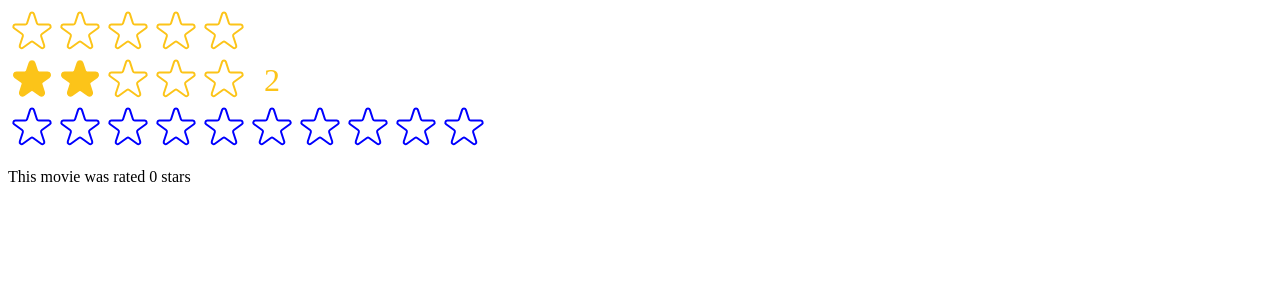
Repository: echoyol/07-usepopcorn
Page: /
The author's editor kept a copy of each file at every save. The page is drawn from the files as they stood at one save, then again after the next save.
The browser window is 1280 px wide. The pictures show the whole page.
The project was rebuilt for these pictures with package versions that can differ from the ones it lists, and the page was loaded fresh each time.

Above is the page before, as saved 2023-07-06 18:55:30.

After the next save:
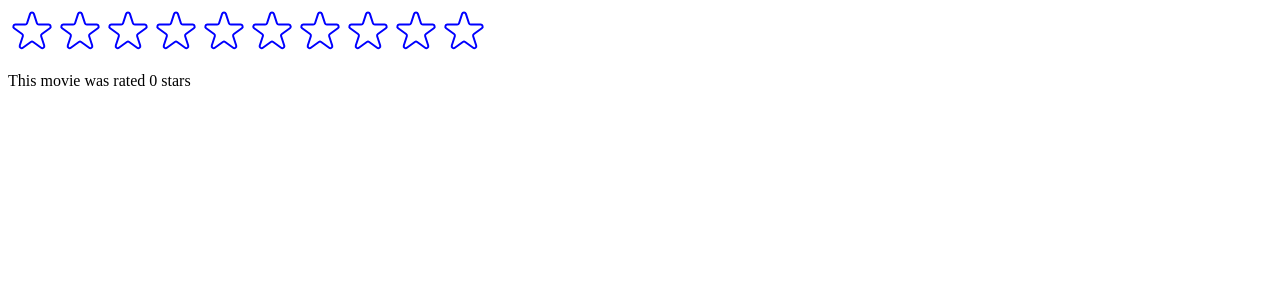
Saved 100 s later.
--- a/src/index.js
+++ b/src/index.js
@@ -23,11 +23,6 @@ const root = ReactDOM.createRoot(document.getElementById('root'))
 root.render(
   <React.StrictMode>
     {/* <App /> */}
-    <StarRating
-      maxRating={5}
-      message={['terrible', 'Bad', 'amazing', 'cool', 'ok']}
-    />
-    <StarRating defaultRating={2} />
 
     <Test />
   </React.StrictMode>
